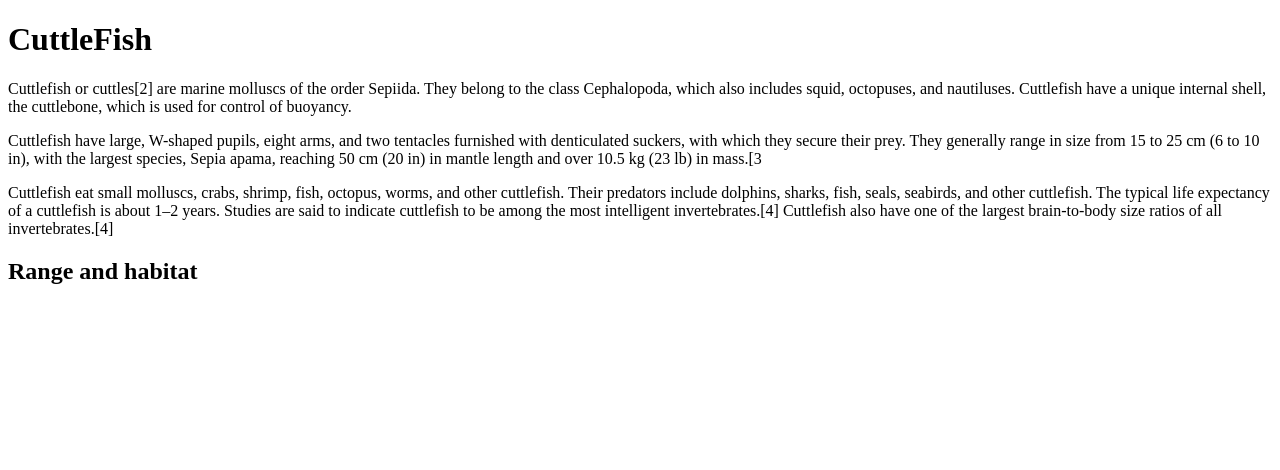
Repository: zhFIsHappy/UdemyFullStack
Page: CSS Text Properties.html
An editor plug-in stored every save of this project. The page is shown before and after the next save, followed by the edit.
The browser window is 1280 px wide. The pictures show the whole page.

Above is the page before, as saved 2021-12-31 19:03:40.

### CSS Text Properties.html
<!DOCTYPE html>
<html lang="en">
<head>
    <meta charset="UTF-8">
    <meta http-equiv="X-UA-Compatible" content="IE=edge">
    <meta name="viewport" content="width=device-width, initial-scale=1.0">
    <title>CSS Text Properties</title>
</head>
<body>
    <h1>CuttleFish</h1>
    <p>
        Cuttlefish or cuttles[2] are marine molluscs of the order Sepiida. They belong to the class Cephalopoda, which also
        includes squid, octopuses, and nautiluses. Cuttlefish have a unique internal shell, the cuttlebone, which is used for
        control of buoyancy.
    </p>
    <p>
        Cuttlefish have large, W-shaped pupils, eight arms, and two tentacles furnished with denticulated suckers, with which
        they secure their prey. They generally range in size from 15 to 25 cm (6 to 10 in), with the largest species, Sepia
        apama, reaching 50 cm (20 in) in mantle length and over 10.5 kg (23 lb) in mass.[3
    </p>
    <p>
        Cuttlefish eat small molluscs, crabs, shrimp, fish, octopus, worms, and other cuttlefish. Their predators include
        dolphins, sharks, fish, seals, seabirds, and other cuttlefish. The typical life expectancy of a cuttlefish is about 1–2
        years. Studies are said to indicate cuttlefish to be among the most intelligent invertebrates.[4] Cuttlefish also have
        one of the largest brain-to-body size ratios of all invertebrates.[4]
    </p>
    <h2>Range and habitat</h2>
    <p>

    </p>
</body>
</html>

After the next save:
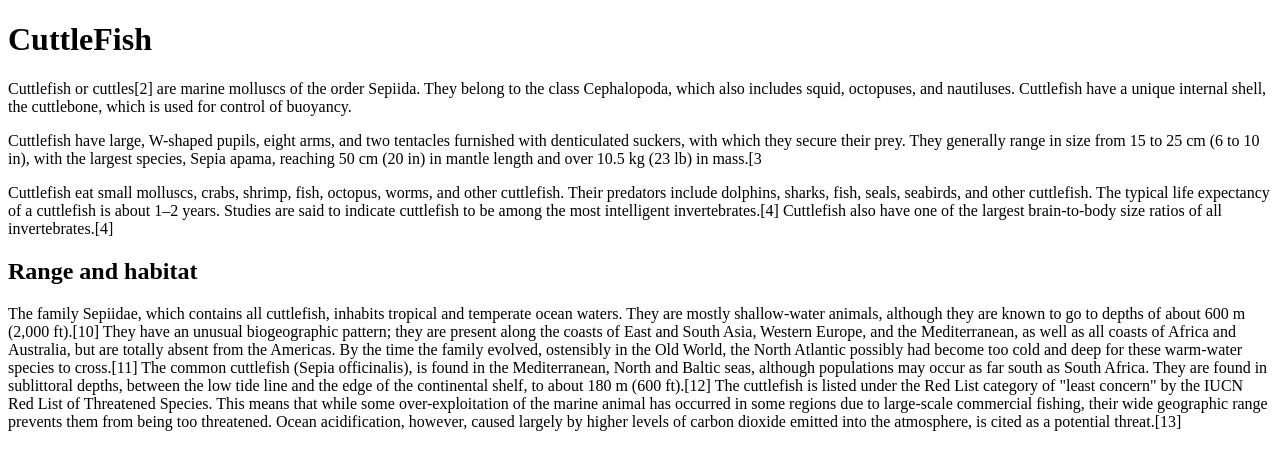
Saved 4 s later.
--- a/CSS Text Properties.html
+++ b/CSS Text Properties.html
@@ -26,6 +26,18 @@
     </p>
     <h2>Range and habitat</h2>
     <p>
+        The family Sepiidae, which contains all cuttlefish, inhabits tropical and temperate ocean waters. They are mostly
+        shallow-water animals, although they are known to go to depths of about 600 m (2,000 ft).[10] They have an unusual
+        biogeographic pattern; they are present along the coasts of East and South Asia, Western Europe, and the Mediterranean,
+        as well as all coasts of Africa and Australia, but are totally absent from the Americas. By the time the family evolved,
+        ostensibly in the Old World, the North Atlantic possibly had become too cold and deep for these warm-water species to
+        cross.[11] The common cuttlefish (Sepia officinalis), is found in the Mediterranean, North and Baltic seas, although
+        populations may occur as far south as South Africa. They are found in sublittoral depths, between the low tide line and
+        the edge of the continental shelf, to about 180 m (600 ft).[12] The cuttlefish is listed under the Red List category of
+        "least concern" by the IUCN Red List of Threatened Species. This means that while some over-exploitation of the marine
+        animal has occurred in some regions due to large-scale commercial fishing, their wide geographic range prevents them
+        from being too threatened. Ocean acidification, however, caused largely by higher levels of carbon dioxide emitted into
+        the atmosphere, is cited as a potential threat.[13]
 
     </p>
 </body>
